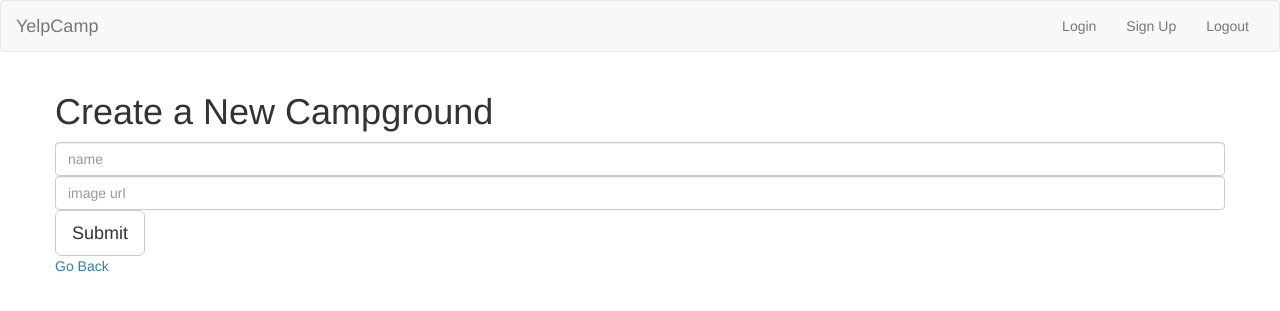
Repository: jersanmd/Learn-Node-JS
Page: http://localhost/campgrounds/new
The author's editor kept a record of every edit. The page is drawn from the files as they stood at one moment, then again after the next edit.
The browser window is 1280 px wide. The pictures show the whole page.
The page is served by the project's Node server (yelpcamp/app.js).

Above is the page before.

### yelpcamp/views/new.ejs
<% include partials/header %>

<div class="container">
    <div class="row">
        <h1>Create a New Campground</h1>
        <div>
            <form action="/campgrounds" method="POST">
                <input class="form-control" type="text" placeholder="name" name="name">
                <input class="form-control" type="text" placeholder="image url" name="image">
                <button class="btn btn-lg btn-default">Submit</button>
            </form>

            <a href="/campgrounds">Go Back</a>
        </div>

    </div>
</div>

<% include partials/footer %>

### yelpcamp/views/partials/header.ejs
<!DOCTYPE html>
<html>
    <head>
        <link rel="stylesheet" href="https://maxcdn.bootstrapcdn.com/bootstrap/3.3.5/css/bootstrap.min.css">
        <title>YelpCamp</title>
    </head>
    <body>

    <nav class="navbar navbar-default">
        <div class="container-fluid">
            <div class="navbar-header">
                <a class="navbar-brand" href="/">YelpCamp</a>
            </div>

            <div class="collapse navbar-collapse">
                <ul class="nav navbar-nav navbar-right">
                    <li><a href="/">Login</a></li>
                    <li><a href="/">Sign Up</a></li>
                    <li><a href="/">Logout</a></li>
                </ul>
            </div>
        </div>
    </nav>

### yelpcamp/app.js
var express = require("express");
var app = express();
var bodyParser = require("body-parser");

app.use(bodyParser.urlencoded({ extended: true }));
app.set("view engine", "ejs");

var campgrounds = [
    { name: "Salmon Creek", image: "https://images.unsplash.com/photo-1504280390367-361c6d9f38f4?ixlib=rb-1.2.1&ixid=eyJhcHBfaWQiOjEyMDd9&auto=format&fit=crop&w=500&q=60" },
    { name: "Granite Hill", image: "https://images.unsplash.com/photo-1517824806704-9040b037703b?ixlib=rb-1.2.1&ixid=eyJhcHBfaWQiOjEyMDd9&auto=format&fit=crop&w=500&q=60" },
    { name: "Mountain Goat", image: "https://images.unsplash.com/photo-1478131143081-80f7f84ca84d?ixlib=rb-1.2.1&ixid=eyJhcHBfaWQiOjEyMDd9&auto=format&fit=crop&w=500&q=60" }
];

app.get("/", function(req, res) {
    res.render("landing");
});

app.get("/campgrounds", function(req, res) {
    res.render("campgrounds", { campgrounds: campgrounds });
});

app.post("/campgrounds", function(req, res) {
    var name = req.body.name;
    var image = req.body.image;
    var newCampground = { name: name, image: image };
    campgrounds.push(newCampground);

    res.redirect("/campgrounds");
})

app.get("/campgrounds/new", function(req, res) {
    res.render("new.ejs");
});

app.listen(process.env.PORT, process.env.IP, function() {
    console.log("YelpCamp server has started.");
})

Loaded but not shown: yelpcamp/views/partials/footer.ejs (common file)

After the next edit:
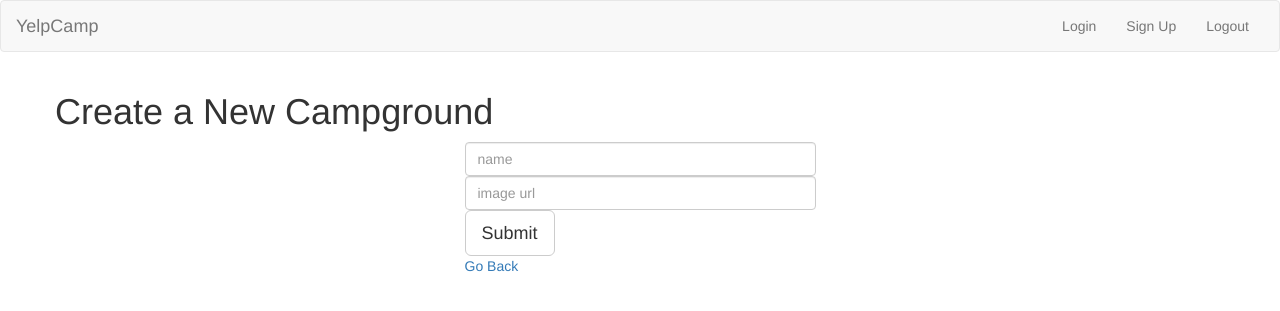
The edit:
--- a/yelpcamp/views/new.ejs
+++ b/yelpcamp/views/new.ejs
@@ -3,7 +3,7 @@
 <div class="container">
     <div class="row">
         <h1>Create a New Campground</h1>
-        <div>
+        <div style="width: 30%; margin: 0 auto">
             <form action="/campgrounds" method="POST">
                 <input class="form-control" type="text" placeholder="name" name="name">
                 <input class="form-control" type="text" placeholder="image url" name="image">
